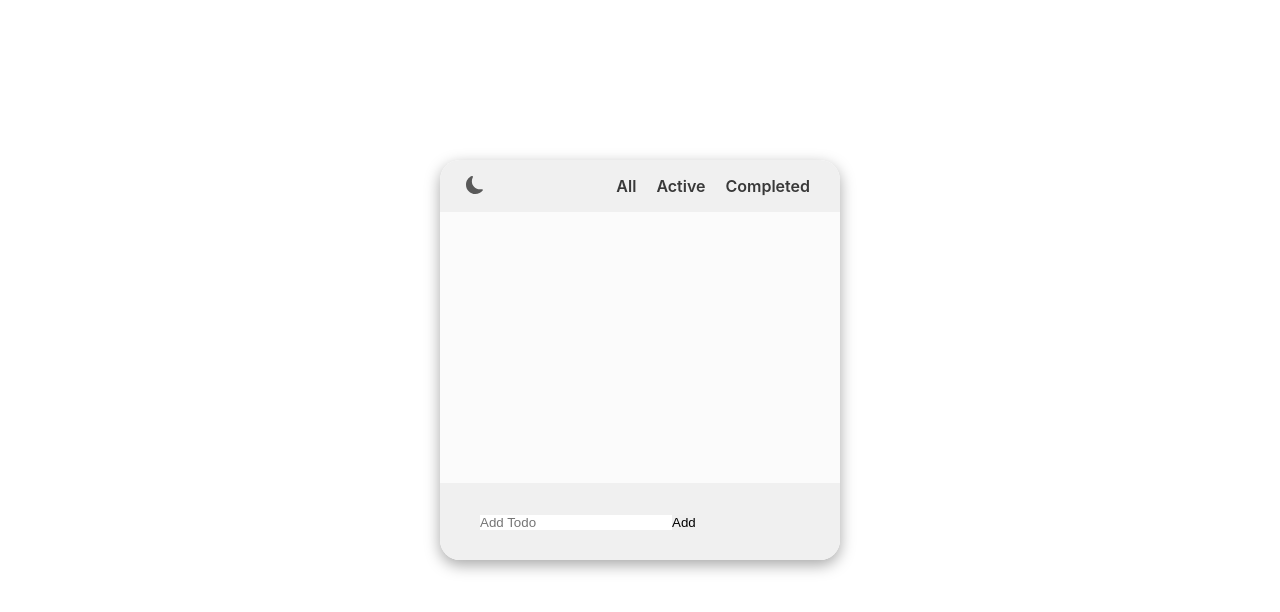
Repository: momo0170/react_todolist
Page: /
The author's editor kept a copy of each file at every save. The page is drawn from the files as they stood at one save, then again after the next save.
The browser window is 1280 px wide. The pictures show the whole page.
The project was rebuilt for these pictures with package versions that can differ from the ones it lists, and the page was loaded fresh each time. Also part of the build but not shown: src/css/Todo.module.css, src/components/Todo.jsx.

Above is the page before, as saved 2022-11-02 13:02:03.

After the next save:
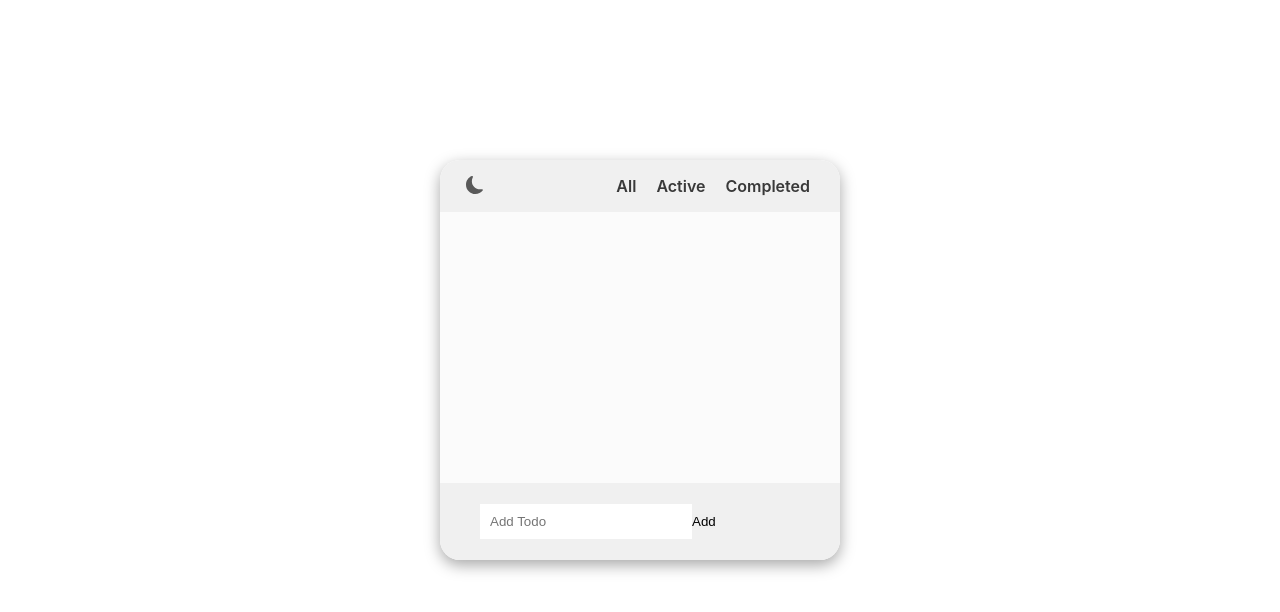
Saved 32 s later.
--- a/src/App.module.css
+++ b/src/App.module.css
@@ -49,7 +49,7 @@
 .input {
   width: 60%;
   border: 0;
-  padding: 0;
+  padding: 10px;
 }
 .addBtn {
   border: 0;
